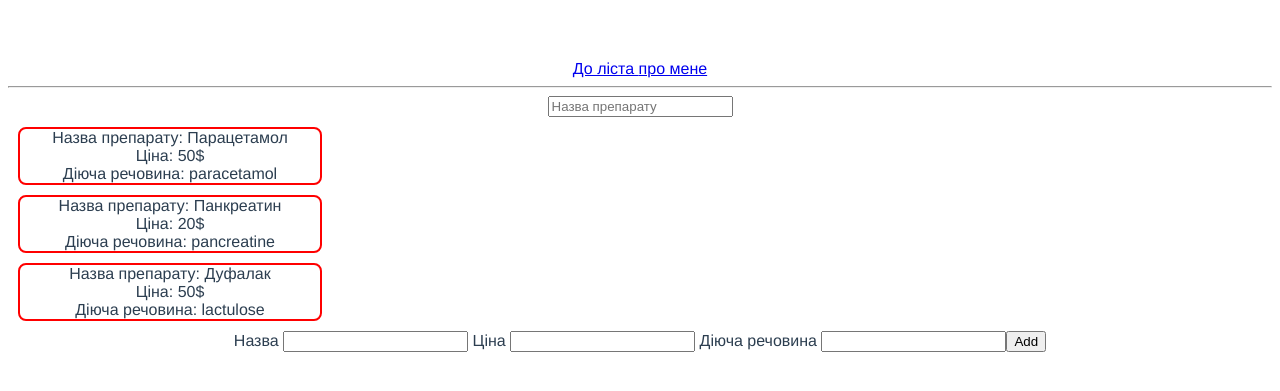
Repository: KYUUBI-K/Labs-from-2-course-
Page: /#/list (app in lab2(pharmacy)/)
An editor plug-in stored every save of this project. The page is shown before and after the next save, followed by the edit.
The browser window is 1280 px wide. The pictures show the whole page.
The project was rebuilt for these pictures with package versions that can differ from the ones it lists, and the page was loaded fresh each time.

Above is the page before, as saved 2021-12-21 13:59:18.

### lab2(pharmacy)/src/main.js
import Vue from 'vue'
import App from './App.vue'
import store from './state/index'
import VueRouter from 'vue-router';
import router from './router/index'

Vue.use(VueRouter);

Vue.config.productionTip = false

new Vue({
  store,
  router,
  render: (h) => h(App),
}).$mount('#app')

### lab2(pharmacy)/src/App.vue
<template>
  <div id="app">
    <router-link to="/list">До ліста </router-link>
    <router-link to="/AboutMe">про мене </router-link>
    <hr />
    <router-view></router-view>
  </div>
</template>

<script>
export default {
  name: "App",
  components: {},
};
</script>

<style>
#app {
  font-family: Avenir, Helvetica, Arial, sans-serif;
  -webkit-font-smoothing: antialiased;
  -moz-osx-font-smoothing: grayscale;
  text-align: center;
  color: #2c3e50;
  margin-top: 60px;
}
</style>

### lab2(pharmacy)/src/state/index.js
import Vue from 'vue'
import Vuex from 'vuex'
import { v4 as uuidv4 } from 'uuid'
Vue.use(Vuex)

const store = new Vuex.Store({
  state: {
    search:"",
    taskList:[
        {
          id:1, title:'Парацетамол', price:'50', active_substance:'paracetamol',
        },
        {
            id:2, title:'Панкреатин', price:'20', active_substance:'pancreatine',

        },
        {
            id:3, title:'Дуфалак', price:'50', active_substance:'lactulose',

        }
    ]
  },
  getters:{
      getTaskList:(state)=>state.taskList
  },
  mutations:{
    addNewTask(state, dataObj) {
      state.taskList.push({
        id: uuidv4(),
        ...dataObj,
      })
    },
  },
  actions:{
    addTask({ commit }, data) {
      commit('addNewTask', data)
    },
  }

})

export default store

### lab2(pharmacy)/src/router/index.js
import Vue from 'vue';
import VueRouter from 'vue-router';
import Tasklist from '../components/Tasklist'
Vue.use(VueRouter);

export const router = new VueRouter({
    routes:[
    {
        path:'/list',
        component:Tasklist,
        name:'list',
    }
    ]

});
export default router

### lab2(pharmacy)/src/components/Tasklist/index.vue
<template>
  <div>
    <div>
      <input type="search" v-model="search" placeholder="Назва препарату" />
    </div>
    <task-item v-for="task in filterTask" :key="task.id" :task="task" />
    <div>
      <add-new-task />
    </div>
  </div>
</template>

<script>
import TaskItem from "./Taskitem";
import AddNewTask from "@/components/AddNewTask";

import { mapGetters } from "vuex";
export default {
  data() {
    return {
      search: "",
    };
  },
  name: "TaskList",
  components: {
    TaskItem,
    AddNewTask,
  },
  computed: {
    ...mapGetters(["getTaskList"]),
    filterTask() {
      let list = [...this.getTaskList];
      if (this.search) {
        list = list.filter((item) => {
          return item.title.indexOf(this.search) > -1;
        });
      }
      return list;
    },
  },
};
</script>

<style lang="scss" scoped>
</style>

### lab2(pharmacy)/src/components/Tasklist/Taskitem/index.vue
<template>
  <div class="task">
    <div>Назва препарату: {{ task.title }}</div>
    <div>Ціна: {{ task.price }}$</div>
    <div>Діюча речовина: {{ task.active_substance }}</div>
  </div>
</template>

<script>
export default {
  name: "Taskitem",
  props: {
    task: {
      type: Object,
      default: () => ({}),
    },
  },
};
</script>

<style lang="css" scoped>
.task {
  width: 300px;
  border: 2px solid red;
  border-radius: 8px;
  margin: 10px;
}
</style>

### lab2(pharmacy)/src/components/AddNewTask/index.vue
<template>
  <div>
    <div>
      <label>
        Назва
        <input type="text" v-model="title" />
      </label>
      <label>
        Ціна
        <input type="text" v-model.number="price" />
      </label>
      <label>
        Діюча речовина
        <input type="number" v-model.number="active_substance" />
      </label>
      <button @click="onAdd">Add</button>
    </div>
  </div>
</template>

<script>
//1. Імпортуємо mapActions
import { mapActions } from "vuex";
export default {
  name: "AddNewTask",

  data() {
    return {
      title: null,
      price: null,
      active_substance: null,
    };
  },

  methods: {
    ...mapActions(["addTask"]),
    onAdd() {
      this.addTask({
        title: this.title,
        price: this.price,
        active_substance: this.active_substance,
      });
    },
  },
};
</script>

<style lang="scss" scoped>
</style>

Loaded but not shown: lab2(pharmacy)/public/index.html (common file)

After the next save:
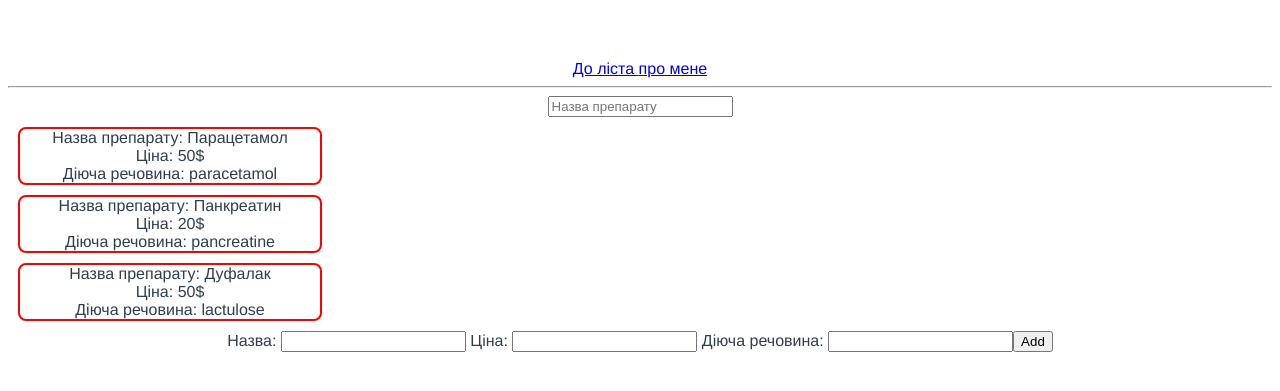
Saved 9 s later.
--- a/lab2(pharmacy)/src/components/AddNewTask/index.vue
+++ b/lab2(pharmacy)/src/components/AddNewTask/index.vue
@@ -2,15 +2,15 @@
   <div>
     <div>
       <label>
-        Назва
+        Назва:
         <input type="text" v-model="title" />
       </label>
       <label>
-        Ціна
+        Ціна:
         <input type="text" v-model.number="price" />
       </label>
       <label>
-        Діюча речовина
+        Діюча речовина:
         <input type="number" v-model.number="active_substance" />
       </label>
       <button @click="onAdd">Add</button>
